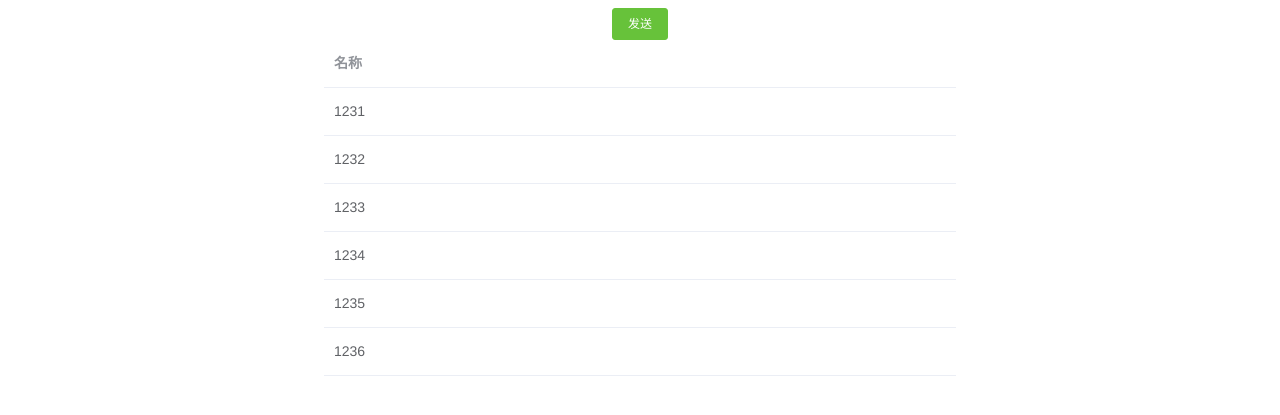
Repository: faintout/BHMQTTSendTool
Page: /
An editor plug-in stored every save of this project. The page is shown before and after the next save, followed by the edit.
The browser window is 1280 px wide. The pictures show the whole page.
The project was rebuilt for these pictures with package versions that can differ from the ones it lists, and the page was loaded fresh each time. Also part of the build but not shown: vue.config.js. Imported but missing from the stored project, and not drawn on this page: src/views/About.vue.

Above is the page before, as saved 2020-08-26 14:00:14.

After the next save:
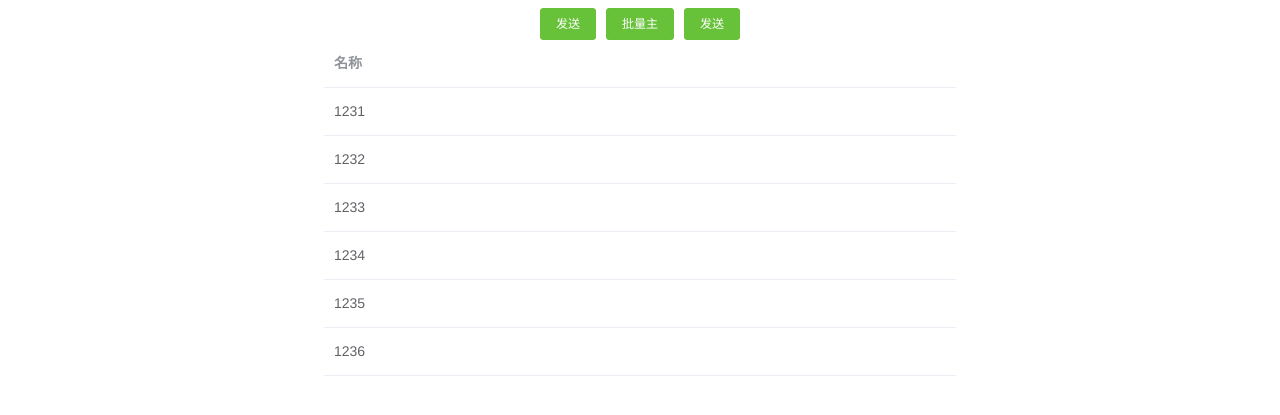
Saved 11 s later.
--- a/src/views/Home.vue
+++ b/src/views/Home.vue
@@ -3,6 +3,8 @@
       <title></title>
           <!-- 按钮模块 -->
     <div>
+       <el-button type="success" size="small">发送</el-button>
+       <el-button type="success" size="small">批量主</el-button>
        <el-button type="success" size="small">发送</el-button>
     </div>
       <el-table
